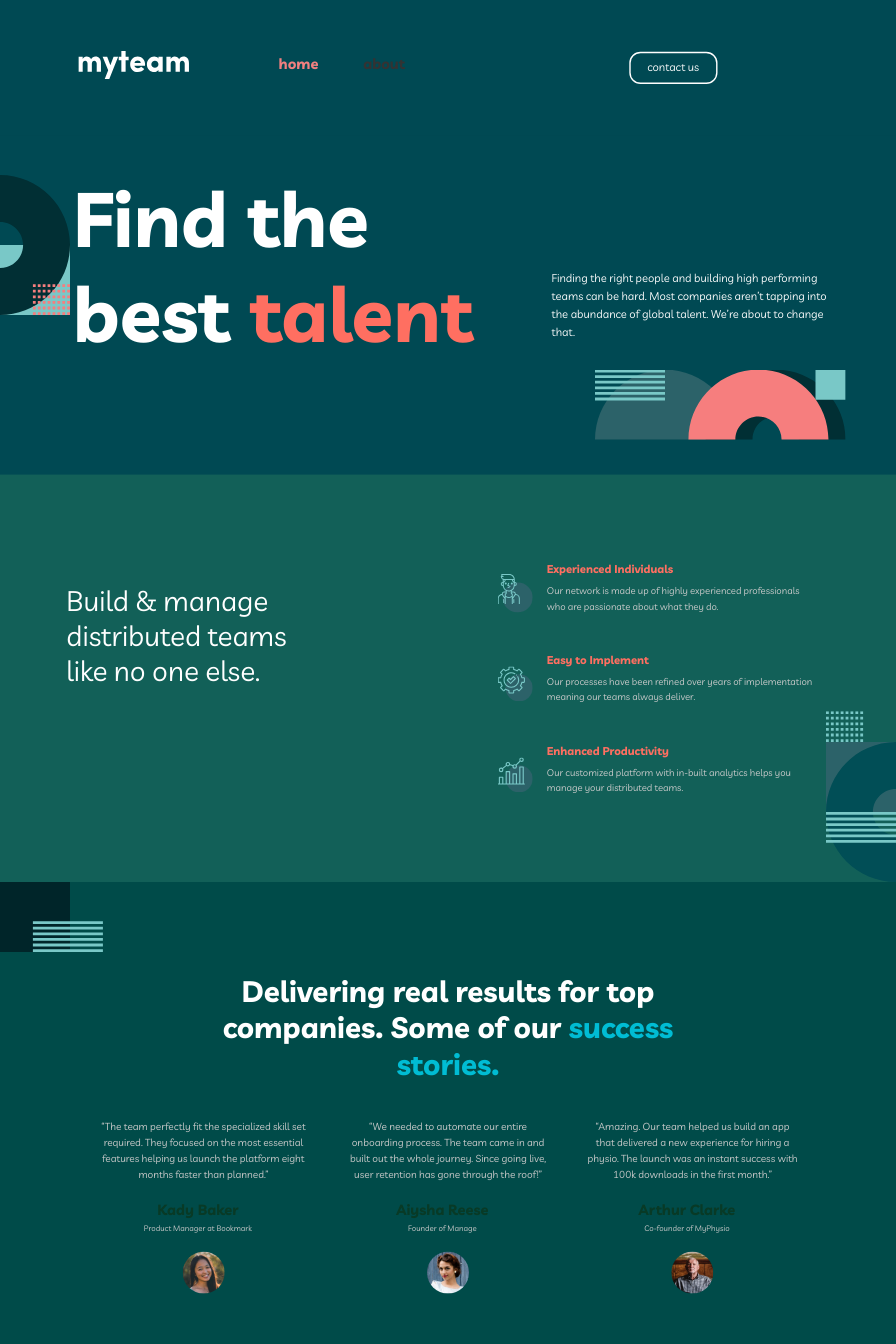
Repository: Gabriel221-dev/Project-page-main
Page: /
These files come from the project's save history. The page is drawn as it stood at one moment and after the next save; the edit follows.
The browser window is 1280 px wide. The pictures show the part of the page from y = 0 to 1920 px (the page is 2612 px tall), at 70% of full size.
The project was rebuilt for these pictures with package versions that can differ from the ones it lists, and the page was loaded fresh each time. Also part of the build but not shown: vite.config.js, src/pages/About.css, src/components/DirectorCard.css, src/components/DirectorCard.jsx, src/pages/About.jsx, src/pages/Contact.css, src/pages/Contact.jsx.

Above is the page before, as saved 2024-07-23 18:30:46.

After the next save:
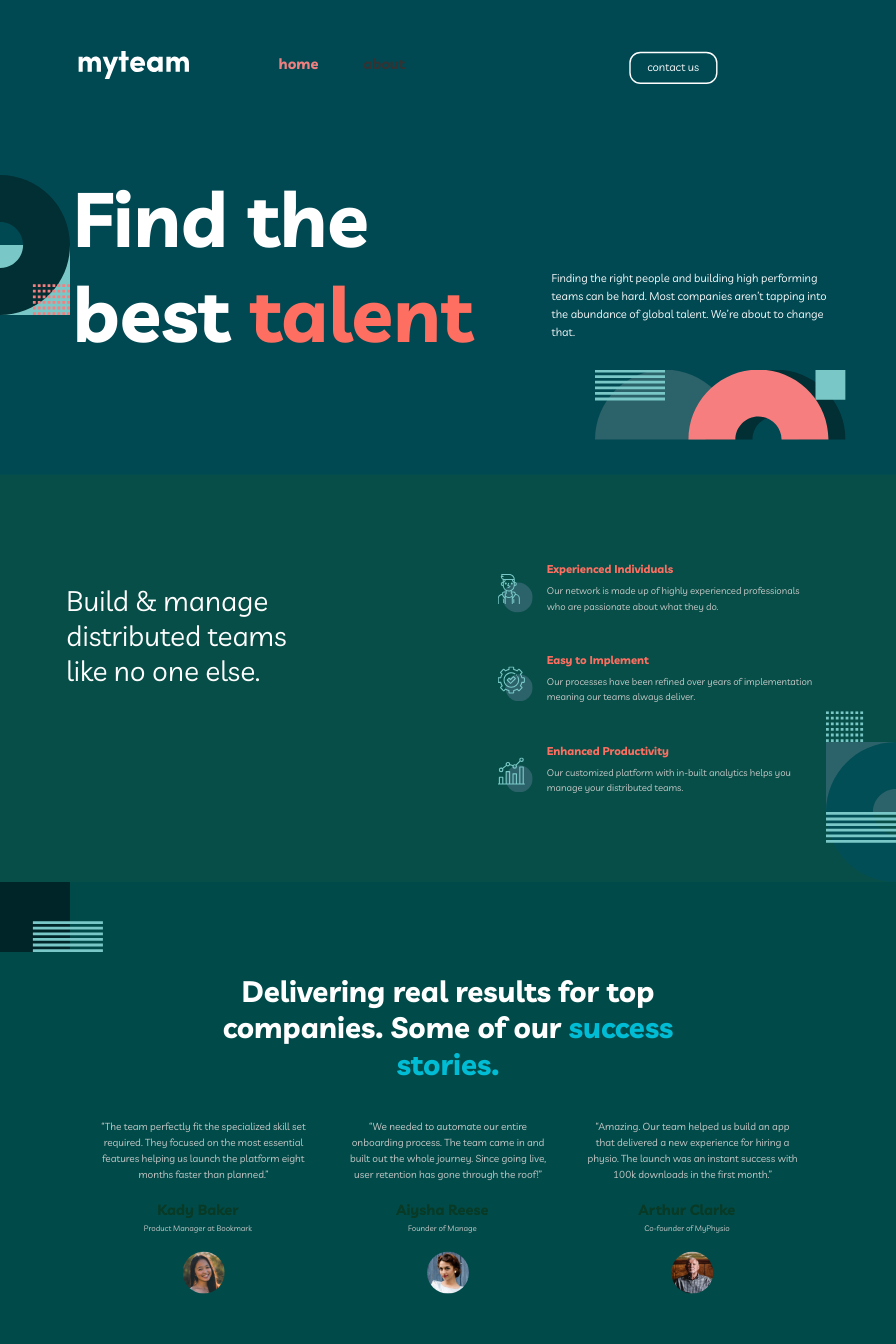
Saved 11 s later.
--- a/src/pages/Home.css
+++ b/src/pages/Home.css
@@ -86,7 +86,7 @@
   }
 
   .build {
-    background-color: #126058;
+    background-color: #064e47;
     padding: 50px 0;
     display: flex;
     height: 100%;
